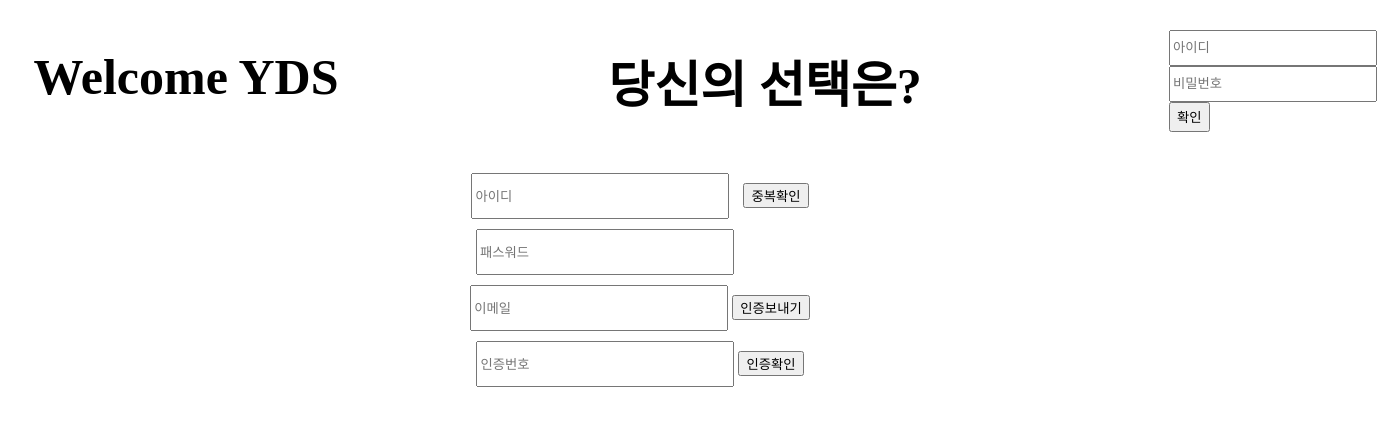
Repository: ejrtn/springbootMaven
Page: deoksu/src/main/resources/static/join.html
An editor plug-in stored every save of this project. The page is shown before and after the next save, followed by the edit.
The browser window is 1280 px wide. The page is 1380 px wide, so the pictures cover 1380 px, including what lies to the right of the window. The pictures show the whole page.

Above is the page before, as saved 2021-04-10 13:17:49.

After the next save:
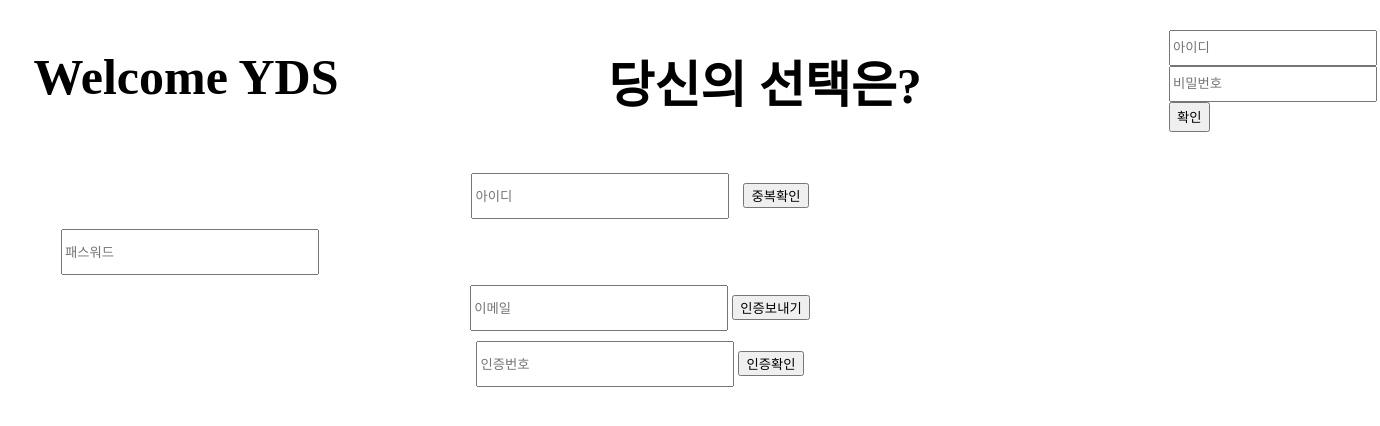
Saved 5 s later.
--- a/deoksu/src/main/resources/static/join.html
+++ b/deoksu/src/main/resources/static/join.html
@@ -49,7 +49,7 @@ function chkPW(){
 	<div align="center" style="margin-top: 20px;">
 		<input type="text" placeholder="아이디" style="width: 250px; height: 40px; margin-bottom: 10px; margin-right: 10px;">
 		<input type="button" value="중복확인"><br>
-		<input type="password" placeholder="패스워드" style="width: 250px; height: 40px; margin-bottom: 10px; margin-right: 70px;"><br>
+		<input type="password" placeholder="패스워드" style="width: 250px; height: 40px; margin-bottom: 10px; margin-right: 900px;"><br>
 		<input type="email" placeholder="이메일" style="width: 250px; height: 40px; margin-bottom: 10px;">
 		<input type="button" value="인증보내기"><br>
 		<input type="text" placeholder="인증번호" style="width: 250px; height: 40px;">
